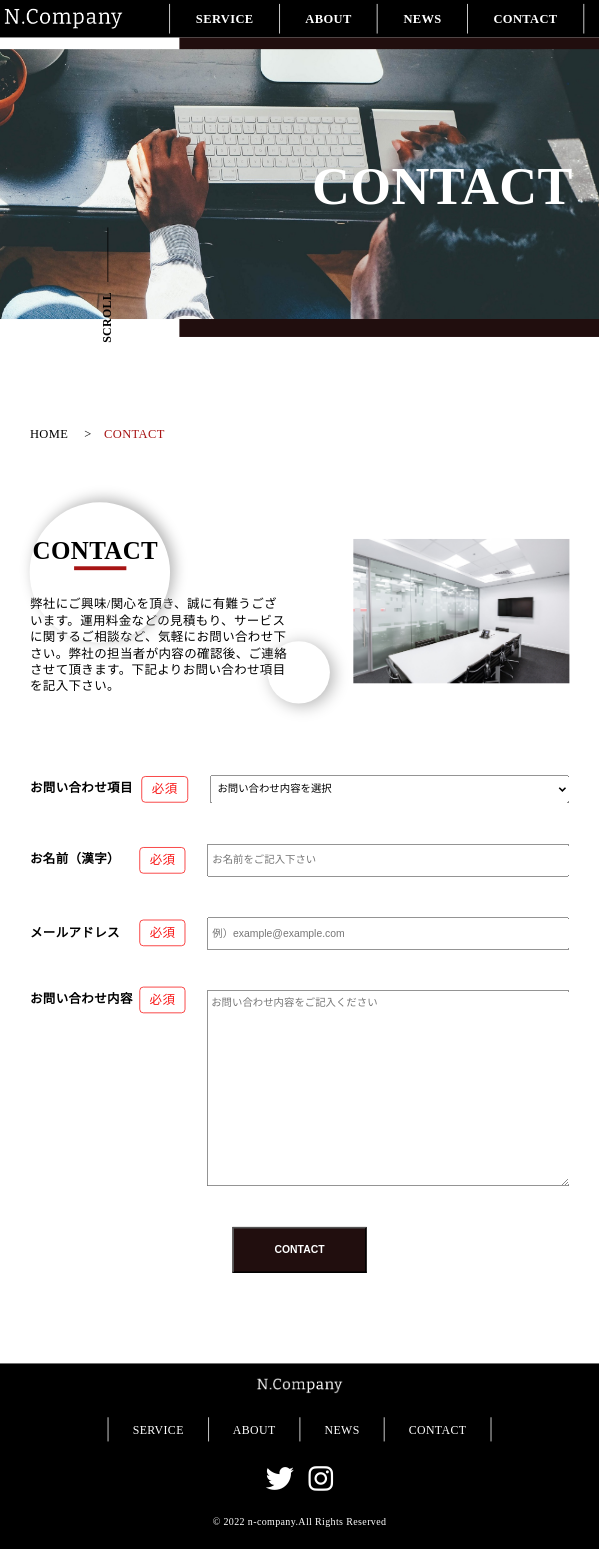
Repository: nozomi-23/hp2_test
Page: html/contact.html
An editor plug-in stored every save of this project. The page is shown before and after the next save, followed by the edit.
The browser window is 768 px wide. The pictures show the whole page, at 78% of full size.
Some web fonts or font styles are not loaded; a fallback is used. Some web libraries are served in a nearby version.

Above is the page before, as saved 2022-06-26 23:27:07.

After the next save:
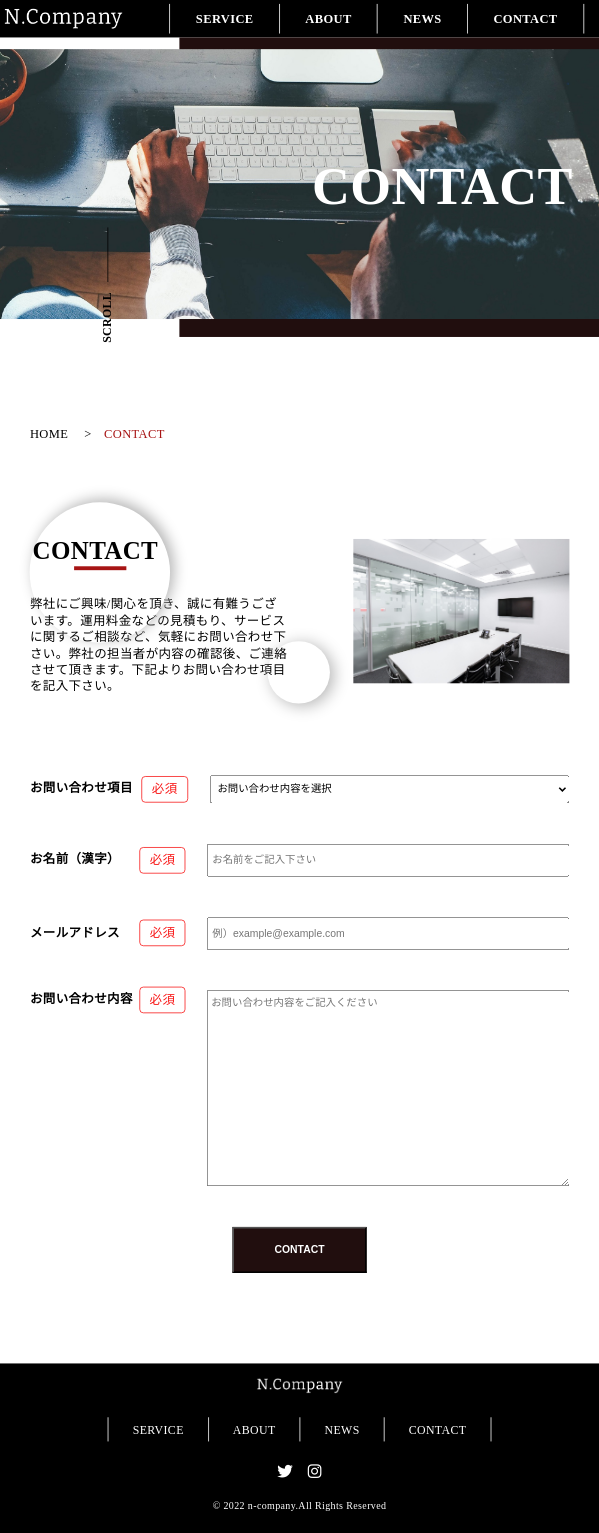
Saved 7 s later.
--- a/css/common2.css
+++ b/css/common2.css
@@ -89,6 +89,6 @@ fv
 @media screen and (max-width: 768px) {
   .sns_icon.sns_icon1,
   .sns_icon.sns_icon2 {
-
+    font-size: 1.25rem
   }
 }
